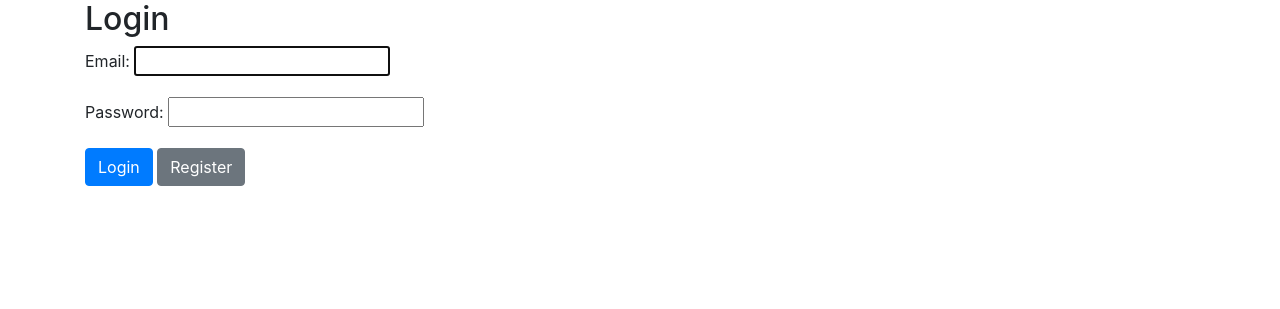
Repository: apps-eduard/TH_MONITORING_v1
Page: http://localhost/
These files come from the project's save history. The page is drawn as it stood at one moment and after the next save; the edit follows.
The browser window is 1280 px wide. The pictures show the whole page.
Some web libraries are served in a nearby version. The page is served by the project's application, run on Django 5.2 (manage.py). Other server files are loaded and not shown.

Above is the page before, as saved 2024-03-26 13:04:53.

### user_profile/templates/user_profile/login.html
{% extends 'base.html' %}

{% block content %}
<div class="container">
    <h2>Login</h2>
    <form method="post">
        {% csrf_token %}
        {{ form.as_p }}
        <button type="submit" class="btn btn-primary">Login</button>
        <!-- Add a Register button/link -->
        <!-- With namespace 'user_profile' -->
        <a href="{% url 'user_profile:register' %}" class="btn btn-secondary">Register</a>
    </form>
</div>
{% endblock %}

### templates/base.html
<!DOCTYPE html>
<html lang="en">
<head>
    <meta charset="UTF-8">
    <meta name="viewport" content="width=device-width, initial-scale=1.0">
    <title>{% block title %}Your Site{% endblock %}</title>
    <link href="https://stackpath.bootstrapcdn.com/bootstrap/4.5.2/css/bootstrap.min.css" rel="stylesheet">
</head>
<body>
    {% if show_navbar %}
    <!-- Navbar -->
    <nav class="navbar navbar-expand-lg navbar-light bg-light">
        <a class="navbar-brand" href="#">Project Name</a>
        <button class="navbar-toggler" type="button" data-toggle="collapse" data-target="#navbarNav" aria-controls="navbarNav" aria-expanded="false" aria-label="Toggle navigation">
            <span class="navbar-toggler-icon"></span>
        </button>
        <div class="collapse navbar-collapse" id="navbarNav">
            <ul class="navbar-nav ml-auto">
                {% if user.is_authenticated %}
                    <li class="nav-item dropdown">
                        <a class="nav-link dropdown-toggle" href="#" id="navbarDropdown" role="button" data-toggle="dropdown" aria-haspopup="true" aria-expanded="false">
                            {{ user.get_full_name|default:user.email }}
                        </a>
                        <div class="dropdown-menu" aria-labelledby="navbarDropdown">
                            <a class="dropdown-item" href="#">Profile</a>
                            <a class="dropdown-item" href="{% url 'user_profile:logout' %}">Logout</a>
                        </div>
                    </li>
                {% else %}
                    {% comment %} <li class="nav-item">
                        {% if user.is_authenticated %}
                        <a class="nav-link"  href="{% url 'user_profile:edit-profile' %}" onclick="console.log('User is authenticated')">Edit Profile</a>
                        {% else %}
                            <a class="nav-link"  href="{% url 'user_profile:edit-profile' %}" onclick="console.log('User is not authenticated')">Edit Profile</a>
                        {% endif %}
                    </li> {% endcomment %}
                    <li class="nav-item">
                        <a class="nav-link"  href="{% url 'user_profile:edit-profile' %}" onclick="console.log('User is not authenticated')">Edit Profile</a>
                    </li>
                    <li class="nav-item">
                        <a class="nav-link" href="{% url 'register' %}">Register</a>
                    </li>
                {% endif %}
            </ul>
        </div>
    </nav>
    {% endif %}

{% block content %}
{% endblock %}

<script src="https://code.jquery.com/jquery-3.5.1.slim.min.js"></script>
<script src="https://cdn.jsdelivr.net/npm/@popperjs/core@2.5.2/dist/umd/popper.min.js"></script>
<script src="https://stackpath.bootstrapcdn.com/bootstrap/4.5.2/js/bootstrap.min.js"></script>
</body>
</html>

### user_profile/views.py

from django.shortcuts import render, redirect
from django.contrib.auth import authenticate, login
from .forms import UserRegistrationForm
from django.contrib.auth.forms import AuthenticationForm
from django.urls import reverse
from django.contrib.auth import logout
from django.contrib import messages
from django.contrib.auth.decorators import login_required
from .forms import ProfileForm

# @login_required
def edit_profile_view(request):
    if request.method == 'POST':
        form = ProfileForm(request.POST, instance=request.user.profile)
        if form.is_valid():
            form.save()
            return redirect('user_profile:profile')  # Redirect to profile page after successful edit
    else:
        form = ProfileForm(instance=request.user.profile)

    return render(request, 'user_profile/edit_profile.html', {'form': form})


def register(request):
    if request.method == 'POST':
        form = UserRegistrationForm(request.POST)
        if form.is_valid():
            form.save()
            # Redirect to login page after successful registration
            return redirect('user_profile:login')  # Using redirect with the name of the login url pattern
    else:
        form = UserRegistrationForm()
    return render(request, 'user_profile/register.html', {'form': form, 'show_navbar': False})

def login_view(request):
    if request.method == 'POST':
        form = AuthenticationForm(data=request.POST)
        if form.is_valid():
            user = form.get_user()
            login(request, user)
            # Redirect to the th_monitoring page
            return redirect('th_monitoring:dashboard')
    else:
        form = AuthenticationForm()
    return render(request, 'user_profile/login.html', {'form': form, 'show_navbar': False})

def register_view(request):
    if request.method == 'POST':
        form = UserRegistrationForm(request.POST)
        if form.is_valid():
            form.save()
            return redirect('user_profile:login')  # Redirect to login page after successful registration
    else:
        form = UserRegistrationForm()

    return render(request, 'user_profile/register.html', {'form': form})

def logout_view(request):
    logout(request)
    messages.add_message(request, messages.SUCCESS, 'You have successfully logged out.')
    return redirect('/user_profile/login/')

### core/urls.py
from django.contrib import admin
from django.urls import path, include
from user_profile.views import login_view

urlpatterns = [
    path('admin/', admin.site.urls),
    path('', login_view, name='login'),
    path('th_monitoring/', include('th_monitoring.urls', namespace='th_monitoring')),
    path('user_profile/', include(('user_profile.urls', 'user_profile'), namespace='user_profile')),


]

### th_monitoring/urls.py
# th_monitoring/urls.py

from django.urls import path
from . import views

app_name = 'th_monitoring'

urlpatterns = [
    path('', views.monitoring_dashboard, name='dashboard'),
]

### user_profile/urls.py
from django.urls import path
from .views import login_view, logout_view, register
from . import views   # Import the views module

app_name = 'user_profile'  # This is the namespace for the URLs in this app

urlpatterns = [
    path('login/', login_view, name='login'),
    path('register/', register, name='register'),
    path('logout/', logout_view, name='logout'),
    path('edit-profile/', views.edit_profile_view, name='edit_profile'),


]

After the next save:
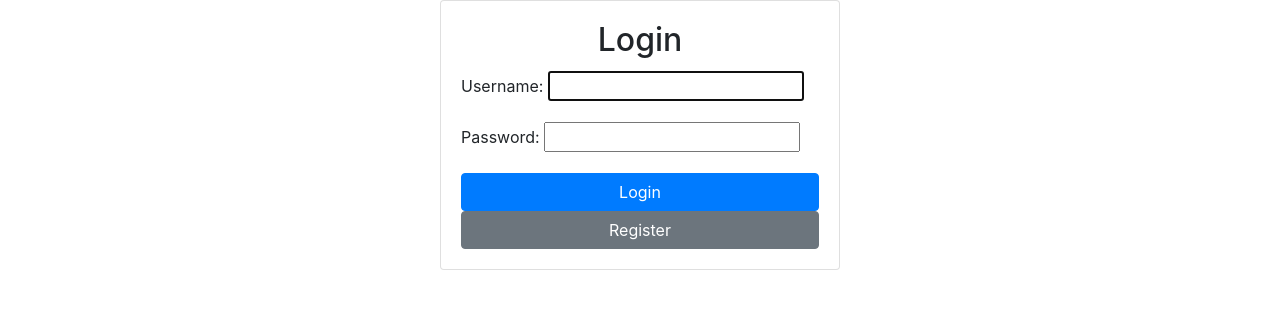
Saved 5 min 7 s later.
--- a/user_profile/templates/user_profile/login.html
+++ b/user_profile/templates/user_profile/login.html
@@ -2,14 +2,25 @@
 
 {% block content %}
 <div class="container">
-    <h2>Login</h2>
-    <form method="post">
-        {% csrf_token %}
-        {{ form.as_p }}
-        <button type="submit" class="btn btn-primary">Login</button>
-        <!-- Add a Register button/link -->
-        <!-- With namespace 'user_profile' -->
-        <a href="{% url 'user_profile:register' %}" class="btn btn-secondary">Register</a>
-    </form>
+    <div class="card mx-auto" style="max-width: 400px;">
+        <div class="card-body">
+            <h2 class="card-title text-center">Login</h2>
+            <form method="post">
+                {% csrf_token %}
+                <div class="form-group">
+                    <label for="{{ form.username.id_for_label }}">Username:</label>
+                    {{ form.username }}
+                </div>
+                <div class="form-group">
+                    <label for="{{ form.password.id_for_label }}">Password:</label>
+                    {{ form.password }}
+                </div>
+                <button type="submit" class="btn btn-primary btn-block">Login</button>
+            </form>
+            <!-- Add a Register button/link -->
+            <!-- With namespace 'user_profile' -->
+            <a href="{% url 'user_profile:register' %}" class="btn btn-secondary btn-block">Register</a>
+        </div>
+    </div>
 </div>
 {% endblock %}
